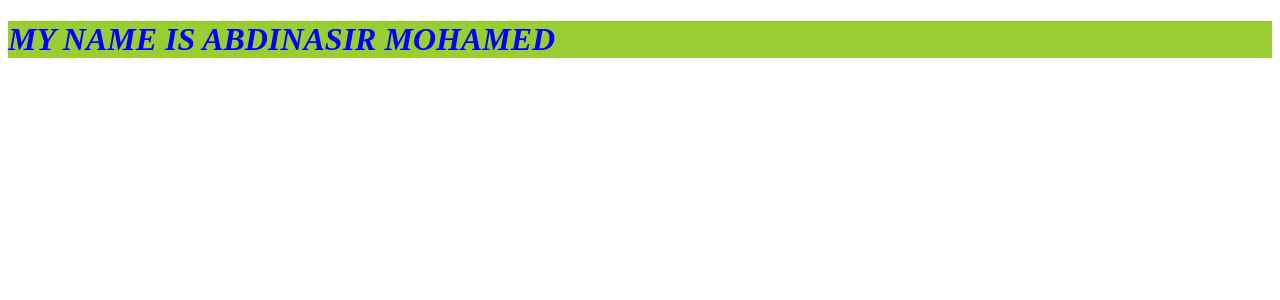
Repository: mrjayajay/week-1-code-challenges
Page: practice/css/inde.html
The author's editor kept a copy of each file at every save. The page is drawn from the files as they stood at one save, then again after the next save.
The browser window is 1280 px wide. The pictures show the whole page.

Above is the page before, as saved 2024-03-15 11:26:39.

### practice/css/inde.html
<!DOCTYPE html>
<html lang="en">
<head>
    <meta charset="UTF-8">
    <meta name="viewport" content="width=device-width, initial-scale=1.0">
    <title>Mr Practice</title>
    <link rel="stylesheet" href="style.css">
</head>
<body>
     <h1>MY NAME IS ABDINASIR MOHAMED</h1>

</body>
</html>

### practice/css/style.css
h1{
    color:blue;
    font-style: italic;
    font-family:'Times New Roman', Times, serif;
    background-color:yellowgreen;
    margin-top: 45pxpx;
    margin-bottom:50px;
}

After the next save:
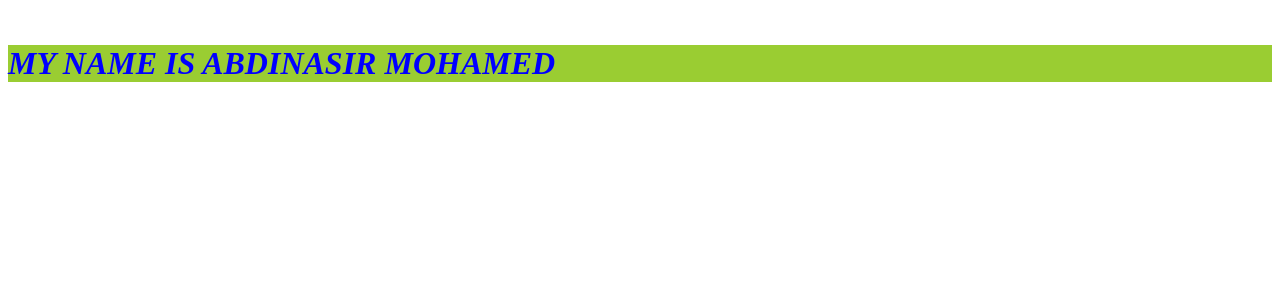
Saved 38 s later.
--- a/practice/css/style.css
+++ b/practice/css/style.css
@@ -3,6 +3,6 @@
     font-style: italic;
     font-family:'Times New Roman', Times, serif;
     background-color:yellowgreen;
-    margin-top: 45pxpx;
+    margin-top: 45px;
     margin-bottom:50px;
 }
